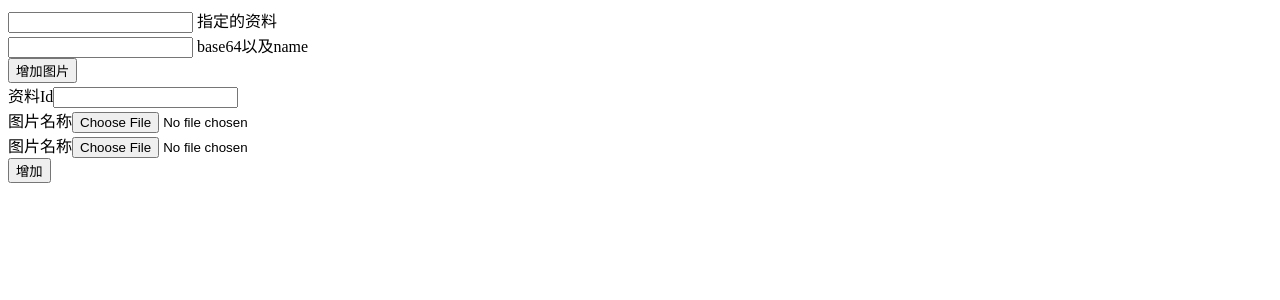
Repository: xoadoCompany/xoado
Page: http://localhost/xoado-cloud/
These files come from the project's save history. The page is drawn as it stood at one moment and after the next save; the edit follows.
The browser window is 1280 px wide. The pictures show the whole page.
The page is served by Tomcat 9. Nobody is signed in. The application's start-up code is not run. Other server files are loaded and not shown.

Above is the page before, as saved 2018-08-29 05:20:46.

### xoado/xoado-cloud/src/main/webapp/index.jsp
<%@ page language="java" contentType="text/html; charset=utf-8"
    pageEncoding="utf-8"%>
<!DOCTYPE html PUBLIC "-//W3C//DTD HTML 4.01 Transitional//EN" "http://www.w3.org/TR/html4/loose.dtd">
<html>
<head>
<meta http-equiv="Content-Type" content="text/html; charset=utf-8">
<title>Insert title here</title>
</head>
<body>
<form action="/files/filesBase64" method="post" enctype="multipart/form-data">
		<input type="text" name="archiveid"> 指定的资料<br>
		<input type="text" name="base64text">   base64以及name<br>
		<input type="submit" value="增加图片">
	</form>
	<form action="/" method="post" enctype="multipart/form-data">
			资料Id<input type="text" name="archiveid"><br>
		图片名称<input type="file" name=attachmentpicture><br>
		图片名称<input type="file" name=attachmentpicture><br>
		<input type="submit" value="增加">
	</form>

</body>
</html>

After the next save:
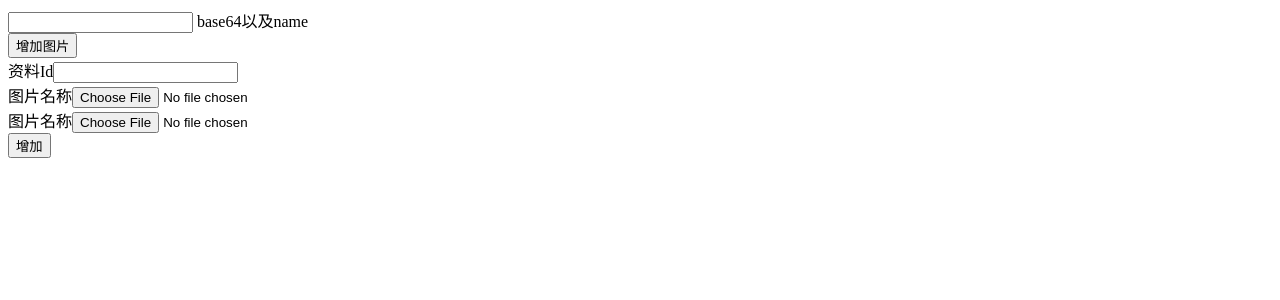
Saved 95 s later.
--- a/xoado/xoado-cloud/src/main/webapp/index.jsp
+++ b/xoado/xoado-cloud/src/main/webapp/index.jsp
@@ -8,7 +8,6 @@
 </head>
 <body>
 <form action="/files/filesBase64" method="post" enctype="multipart/form-data">
-		<input type="text" name="archiveid"> 指定的资料<br>
 		<input type="text" name="base64text">   base64以及name<br>
 		<input type="submit" value="增加图片">
 	</form>
